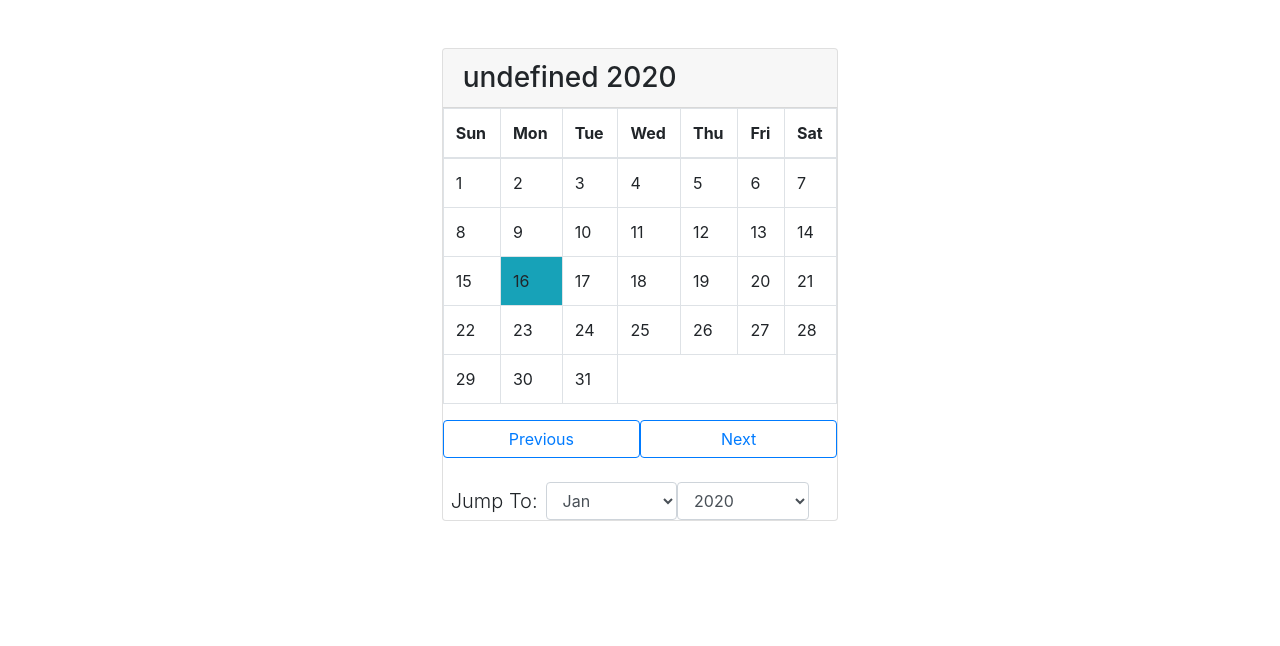
Repository: kkyler24/DayPlanner
Page: Index.html
The author's editor kept a copy of each file at every save. The page is drawn from the files as they stood at one save, then again after the next save.
The browser window is 1280 px wide. The pictures show the whole page.
Some web libraries are served in a nearby version.

Above is the page before, as saved 2020-03-25 15:49:24.

### Index.html
<!DOCTYPE html>
<html lang="en">
<head>
    <meta charset="UTF-8">
    <meta name="viewport" content="width=device-width, initial-scale=1.0">
    <script type="text/javascript" src="Assets/todoJS/Lib/jquery-3.4.1.min.js" ></script>
    <!-- Style Sheets -->
    <link rel="stylesheet" href="https://maxcdn.bootstrapcdn.com/bootstrap/4.0.0/css/bootstrap.min.css" integrity="sha384-Gn5384xqQ1aoWXA+058RXPxPg6fy4IWvTNh0E263XmFcJlSAwiGgFAW/dAiS6JXm" crossorigin="anonymous">
    <link rel="stylesheet" type="text/CSS" href="Assets/todocss/todostyles.css">
    <link rel="stylesheet"  type="text/CSS" href="style.css">
    <title>Planner</title>
</head>
<body>
<Main>
    <!-- calendar set up -->
<Section>
    <div class="container col-sm-4 col-md-7 col-lg-4 mt-5">
        <div class="card">
            <h3 class="card-header" id="monthAndYear"></h3>
            <table class="table table-bordered table-responsive-md" id="calendar">
                <thead>
                <tr>
                    <th>Sun</th>
                    <th>Mon</th>
                    <th>Tue</th>
                    <th>Wed</th>
                    <th>Thu</th>
                    <th>Fri</th>
                    <th>Sat</th>
                </tr>
                </thead>

                <tbody id="calendar-body">

                </tbody>
            </table>

            <div class="form-inline">

                <button class="btn btn-outline-primary col-sm-6" id="previous" onclick="previous()">Previous</button>

                <button class="btn btn-outline-primary col-sm-6" id="next" onclick="next()">Next</button>
            </div>
            <br/>
            <form class="form-inline">
                <label class="lead mr-2 ml-2" for="month">Jump To: </label>
                <select class="form-control col-sm-4" name="month" id="month" onchange="jump()">
                    <option value=0>Jan</option>
                    <option value=1>Feb</option>
                    <option value=2>Mar</option>
                    <option value=3>Apr</option>
                    <option value=4>May</option>
                    <option value=5>Jun</option>
                    <option value=6>Jul</option>
                    <option value=7>Aug</option>
                    <option value=8>Sep</option>
                    <option value=9>Oct</option>
                    <option value=10>Nov</option>
                    <option value=11>Dec</option>
                </select>


                <label for="year"></label><select class="form-control col-sm-4" name="year" id="year" onchange="jump()">

                <option value=2020>2020</option>
                <option value=2021>2021</option>
                <option value=2022>2022</option>
                <option value=2023>2023</option>
                <option value=2024>2024</option>
                <option value=2025>2025</option>
                <option value=2026>2026</option>
                <option value=2027>2027</option>
                <option value=2028>2028</option>
                <option value=2029>2029</option>
                <option value=2030>2030</option>
                <option value=2030>2030</option>
                <option value=2030>2030</option>
                <option value=2030>2030</option>
                <option value=2030>2030</option>
            </select></form>
        </div>
    </div>
    <!--<button name="jump" onclick="jump()">Go</button>-->

</Section>
<!-- todo list Set up -->
<sectiontwo>












</sectiontwo>
</Main>
<script src="https://code.jquery.com/jquery-3.2.1.slim.min.js" integrity="sha384-KJ3o2DKtIkvYIK3UENzmM7KCkRr/rE9/Qpg6aAZGJwFDMVNA/GpGFF93hXpG5KkN" crossorigin="anonymous"></script>
<script src="https://cdnjs.cloudflare.com/ajax/libs/popper.js/1.12.9/umd/popper.min.js" integrity="sha384-ApNbgh9B+Y1QKtv3Rn7W3mgPxhU9K/ScQsAP7hUibX39j7fakFPskvXusvfa0b4Q" crossorigin="anonymous"></script>
<script src="https://maxcdn.bootstrapcdn.com/bootstrap/4.0.0/js/bootstrap.min.js" integrity="sha384-JZR6Spejh4U02d8jOt6vLEHfe/JQGiRRSQQxSfFWpi1MquVdAyjUar5+76PVCmYl" crossorigin="anonymous"></script>

<Script type="text/javascript" src="javascript.js"></Script>
<Script type="text/javascript" src="Assets/todo JS/todo.js"></Script>
</body>
</html>

### javascript.js
let today = new Date();
let currentMonth = today.getMonth();
let currentYear = today.getFullYear();
let selectYear = document.getElementById("year");
let selectMonth = document.getElementById("month");


let months = ["January", "February", "March", "April", "May", "June", "July", "August", "September", "October", "November", "December"];

let monthAndYear = document.getElementById("monthAndYear");
showCalendar(currentMonth, currentYear);

function showCalendar(month, year){

    let firstDay =(new Date(year, month)).getDay();
    let daysInMonth = 32- new Date(year, month, 32).getDate();

    // -->body of the Calendar<--
    let tbl = document.getElementById("calendar-body");


// -->clear previous cells, for new month<--
    tbl.innerHTML="";

    monthAndYear.innerHTML= months[months]+" "+ year;

    // --> create cells for Calendar<--
    let date = 1;
    for(let i = 0; i < 6; i++){
        let row  = document.createElement("tr");
        // --> creating table rows. not really sure about the 6 part. inquire why you need a 6 and not a 7-->

        // creating indivdual cells, and putting data in them.

        for(let j = 0; j < 7; j++){
            if(i===0 && j< firstDay){
                let cell = document.createElement("td");
                let cellText = document.createTextNode("");
                cell.appendChild(cellText);
                row.appendChild(cell);
            }
            else if(date > daysInMonth)
             { break;

        }
        else {
            let cell = document.createElement("td");
            let cellText = document.createTextNode(date);
            if(date ===today.getDate() && year === today.getFullYear() && month === today.getMonth()){
                cell.classList.add
                // --> bootstrap colors, try to get a wider variety of colors <--
                ("bg-info");
            }
            cell.appendChild(cellText);
            row.appendChild(cell);


        }
        date++;

        }

        tbl.appendChild(row);

    }

}

function previous(){
    currentYear =( currentMonth === 0)? currentYear -1 : currentYear;
    currentMonth = currentMonth === 0? 11:currentMonth-1;
    showCalendar(currentMonth, currentYear);
}

function next(){
    currentYear = (currentMonth ===11)? currentYear + 1: currentYear;
    currentMonth = (currentMonth + 1) % 12;
    showCalendar (currentMonth, currentYear);

}
// To do list set up

Loaded but not shown: Assets/todo JS/Lib/jquery-3.4.1.min.js (library); Assets/todocss/todostyles.css (no stored copy; drawn as an empty file); style.css (empty); Assets/todo JS/todo.js (no stored copy; drawn as an empty file)

After the next save:
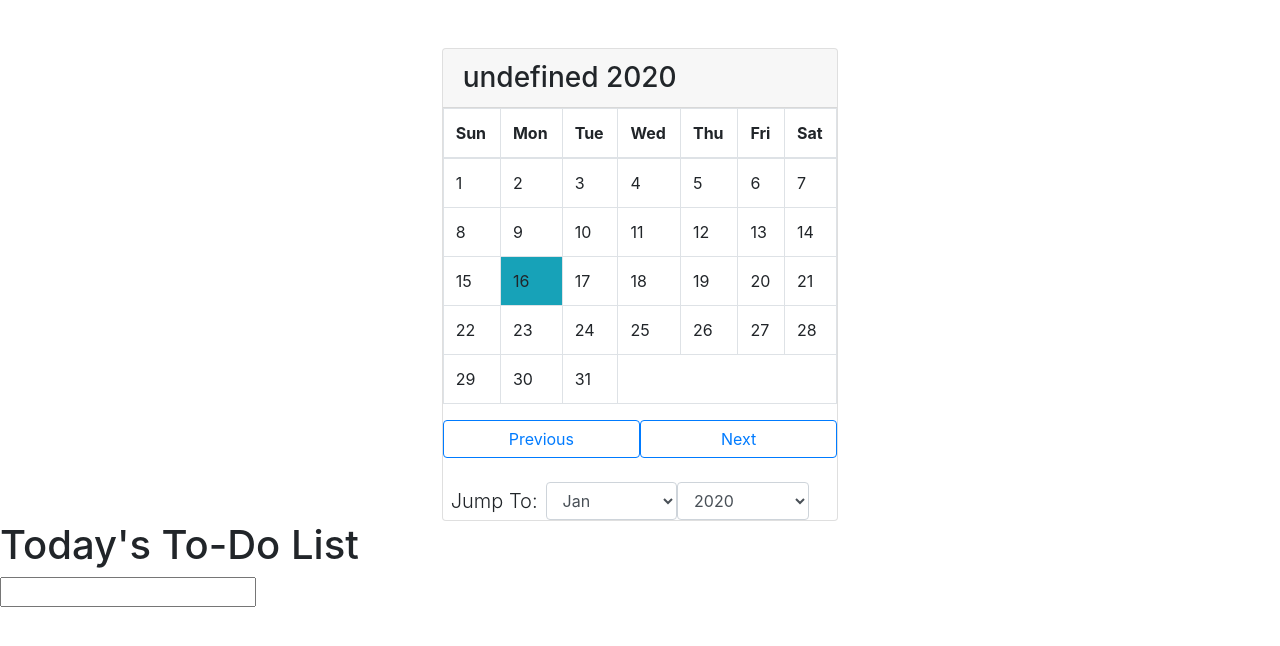
Saved 2 min 35 s later.
--- a/Index.html
+++ b/Index.html
@@ -85,18 +85,15 @@
 </Section>
 <!-- todo list Set up -->
 <sectiontwo>
+ <div id="ContainerTodo">
+<H1>Today's To-Do List</H1>
+<input type="text">
 
 
 
 
 
-
-
-
-
-
-
-
+ </div>
 </sectiontwo>
 </Main>
 <script src="https://code.jquery.com/jquery-3.2.1.slim.min.js" integrity="sha384-KJ3o2DKtIkvYIK3UENzmM7KCkRr/rE9/Qpg6aAZGJwFDMVNA/GpGFF93hXpG5KkN" crossorigin="anonymous"></script>
